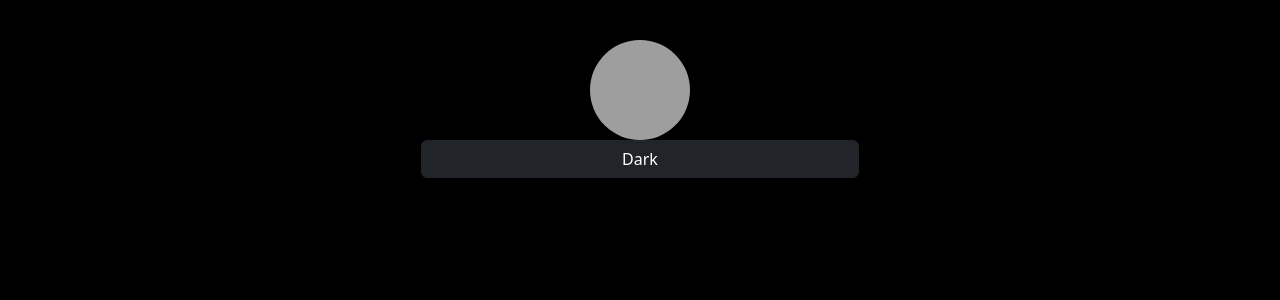
Repository: noahcallen/LAB-link-in-bio
Page: index.html
These files come from the project's save history. The page is drawn as it stood at one moment and after the next save; the edit follows.
The browser window is 1280 px wide. The pictures show the whole page.
Pictures or frames that could not be fetched are drawn as grey boxes.

Above is the page before, as saved 2024-07-13 13:00:17.

After the next save:
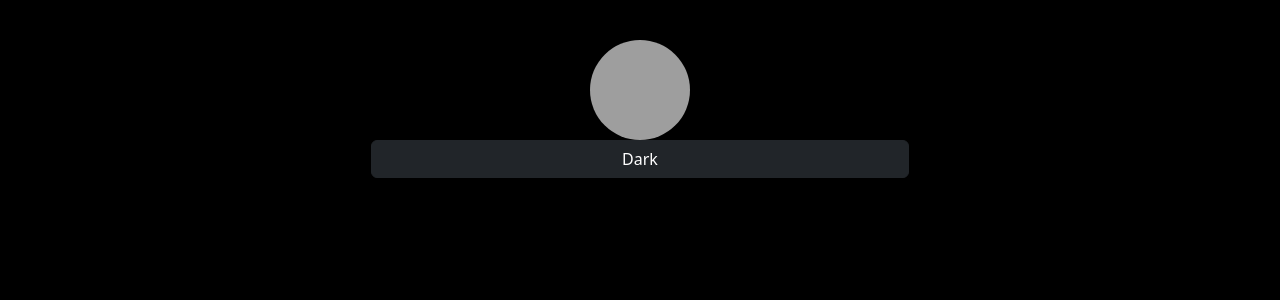
Saved 22 s later.
--- a/main.css
+++ b/main.css
@@ -17,6 +17,6 @@ body {
 .btn {
   display: flex;
   justify-content: center;
-  padding-left: 200px;
-  padding-right: 200px;
+  padding-left: 250px;
+  padding-right: 250px;
 }
